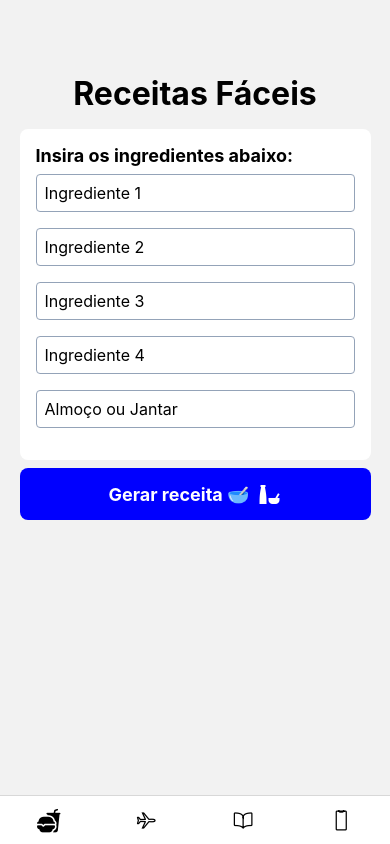
Repository: Matheus904-12/routes
Screen: / (app in roteamento/)
The author's editor kept a copy of each file at every save. The screen is drawn from the files as they stood at one save, then again after the next save.
The app was drawn by React Native's web renderer in a window 390 px wide. The project was rebuilt for these pictures with package versions that can differ from the ones it lists, and the page was loaded fresh each time. Also part of the build but not shown: roteamento/pages/viagem.js, roteamento/pages/filmes.js, roteamento/pages/roupas.js.

Above is the screen before, as saved 2024-05-01 18:09:20.

### roteamento/App.tsx
import React from 'react';
import { NavigationContainer } from '@react-navigation/native';
import { Routes } from './routes';

export default function App() {
  return (
    <NavigationContainer>
      <Routes />
    </NavigationContainer>
  );
}

### roteamento/routes.js
import { createBottomTabNavigator } from "@react-navigation/bottom-tabs";
import { Viagem } from './pages/viagem';
import { Livros } from './pages/filmes';
import { Roupas } from './pages/roupas';
import { Receita } from './pages/receita';
import { Ionicons } from '@expo/vector-icons/'

const Tab = createBottomTabNavigator();

export function Routes() {
    return (
        <Tab.Navigator>
            <Tab.Screen
                name="Receita"
                component={Receita}
                options={{
                    tabBarShowLabel: false,
                    headerShown: false,
                    tabBarIcon: ({ focused }) => {
                        if (focused) {
                            return (<Ionicons size={25} color={"#000"} name="fast-food" />)
                        }
                        return (<Ionicons size={20} color={"#000"} name="fast-food-outline" />)
                    }
                }}
            />
            <Tab.Screen
                name="Viagem"
                component={Viagem}
                options={{
                    tabBarShowLabel: false,
                    headerShown: false,
                    tabBarIcon: ({ focused }) => {
                        if (focused) {
                            return (<Ionicons size={25} color={"#000"} name="airplane" />)
                        }
                        return (<Ionicons size={20} color={"#000"} name="airplane-outline" />)
                    }
                }}
            />
            <Tab.Screen
                name="Livros"
                component={Livros}
                options={{
                    tabBarShowLabel: false,
                    headerShown: false,
                    tabBarIcon: ({ focused }) => {
                        if (focused) {
                            return (<Ionicons size={25} color={"#000"} name="book" />)
                        }
                        return (<Ionicons size={20} color={"#000"} name="book-outline" />)
                    }
                }}
            />
            <Tab.Screen
                name="Aparelhos"
                component={Roupas}
                options={{
                    tabBarShowLabel: false,
                    headerShown: false,
                    tabBarIcon: ({ focused }) => {
                        if (focused) {
                            return (<Ionicons size={25} color={"#000"} name="phone-portrait" />)
                        }
                        return (<Ionicons size={20} color={"#000"} name="phone-portrait-outline" />)
                    }
                }}
            />
        </Tab.Navigator>
    )
}

### roteamento/pages/receita.js
import React, { useState } from 'react';
import { StyleSheet, Text, View, TextInput, TouchableOpacity, Platform, StatusBar, ScrollView, ActivityIndicator, Alert, Keyboard } from 'react-native';
import { MaterialCommunityIcons } from '@expo/vector-icons';

const alturaStatusBar = StatusBar.currentHeight;
const KEY_GPT = 'SUA_CHAVE_DE_API';

export function Receita() {

    const [load, defLoad] = useState(false);
    const [receita, defReceita] = useState("");

    const [ingr1, defIngr1] = useState("");
    const [ingr2, defIngr2] = useState("");
    const [ingr3, defIngr3] = useState("");
    const [ingr4, defIngr4] = useState("");
    const [ocasiao, defOcasiao] = useState("");

    async function gerarReceita() {
        if (ingr1 === "" || ingr2 === "" || ingr3 === "" || ingr4 === "" || ocasiao === "") {
            Alert.alert("Atenção", "Informe todos os ingredientes!", [{ text: "Beleza!" }])
            return;
        }
        defReceita("");
        defLoad(true);
        Keyboard.dismiss();

        const prompt = `Sugira uma receita detalhada para o ${ocasiao} usando os ingredientes: ${ingr1}, ${ingr2}, ${ingr3} e ${ingr4} e pesquise a receita no YouTube. Caso encontre, informe o link.`;

        fetch("https://api.openai.com/v1/chat/completions", {
            method: "POST",
            headers: {
                "Content-Type": "application/json",
                Authorization: `Bearer ${KEY_GPT}`
            },
            body: JSON.stringify({
                model: "gpt-3.5-turbo",
                messages: [
                    {
                        role: 'user',
                        content: prompt
                    }
                ],
                temperature: 0.20,
                max_tokens: 500,
                top_p: 1,
            })
        })
            .then(response => response.json())
            .then((data) => {
                console.log(data.choices[0].message.content);
                defReceita(data.choices[0].message.content)
            })
            .catch((error) => {
                console.log(error);
            })
            .finally(() => {
                defLoad(false);
            })
    }

    return (
        <ScrollView>
            <View style={ESTILOS.container}>
                <StatusBar barStyle="dark-content" translucent={true} backgroundColor="#F1F1F1" />
                <Text style={ESTILOS.header}>Receitas Fáceis</Text>
                <View style={ESTILOS.form}>
                    <Text style={ESTILOS.label}>Insira os ingredientes abaixo:</Text>
                    <TextInput
                        placeholder="Ingrediente 1"
                        style={ESTILOS.input}
                        value={ingr1}
                        onChangeText={(texto) => defIngr1(texto)}
                    />
                    <TextInput
                        placeholder="Ingrediente 2"
                        style={ESTILOS.input}
                        value={ingr2}
                        onChangeText={(texto) => defIngr2(texto)}
                    />
                    <TextInput
                        placeholder="Ingrediente 3"
                        style={ESTILOS.input}
                        value={ingr3}
                        onChangeText={(texto) => defIngr3(texto)}
                    />
                    <TextInput
                        placeholder="Ingrediente 4"
                        style={ESTILOS.input}
                        value={ingr4}
                        onChangeText={(texto) => defIngr4(texto)}
                    />
                    <TextInput
                        placeholder="Almoço ou Jantar"
                        style={ESTILOS.input}
                        value={ocasiao}
                        onChangeText={(texto) => defOcasiao(texto)}
                    />
                </View>

                <TouchableOpacity style={ESTILOS.button} onPress={gerarReceita}>
                    <Text style={ESTILOS.buttonText}>Gerar receita 🥣</Text>
                    <MaterialCommunityIcons name="food-variant" size={24} color="#FFF" />
                </TouchableOpacity>

                <ScrollView contentContainerStyle={{ paddingBottom: 24, marginTop: 4, }} style={ESTILOS.containerScroll} showsVerticalScrollIndicator={false} >
                    {load && (
                        <View style={ESTILOS.content}>
                            <Text style={ESTILOS.title}>Produzindo receita...</Text>
                            <ActivityIndicator color="#000" size="large" />
                        </View>
                    )}

                    {receita && (
                        <View style={ESTILOS.content}>
                            <Text style={ESTILOS.title}>Sua receita 👇</Text>
                            <Text style={{ lineHeight: 24 }}>{receita} </Text>
                        </View>
                    )}
                </ScrollView>
            </View>
        </ScrollView>
    );
}

const ESTILOS = StyleSheet.create({
    container: {
        flex: 1,
        alignItems: 'center',
        paddingTop: 20,
    },
    header: {
        fontSize: 32,
        fontWeight: 'bold',
        paddingTop: Platform.OS === 'android' ? alturaStatusBar : 54
    },
    form: {
        backgroundColor: '#FFF',
        width: '90%',
        borderRadius: 8,
        padding: 16,
        marginTop: 16,
        marginBottom: 8,
    },
    label: {
        fontWeight: 'bold',
        fontSize: 18,
        marginBottom: 8,
    },
    input: {
        borderWidth: 1,
        borderRadius: 4,
        borderColor: '#94a3b8',
        padding: 8,
        fontSize: 16,
        marginBottom: 16,
    },
    button: {
        backgroundColor: 'blue',
        width: '90%',
        borderRadius: 8,
        flexDirection: 'row',
        padding: 14,
        justifyContent: 'center',
        alignItems: 'center',
        gap: 8,
    },
    buttonText: {
        fontSize: 18,
        color: '#FFF',
        fontWeight: 'bold'
    },
    content: {
        backgroundColor: '#FFF',
        padding: 16,
        width: '100%',
        marginTop: 16,
        borderRadius: 8,
    },
    title: {
        fontSize: 18,
        fontWeight: 'bold',
        textAlign: 'center',
        marginBottom: 14
    },
    containerScroll: {
        width: '90%',
        marginTop: 8,
    }
});

After the next save:
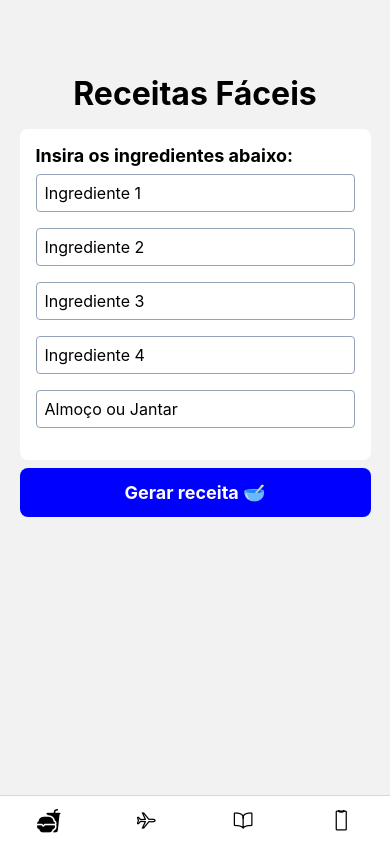
Saved 17 s later.
--- a/roteamento/pages/receita.js
+++ b/roteamento/pages/receita.js
@@ -100,7 +100,6 @@
 
                 <TouchableOpacity style={ESTILOS.button} onPress={gerarReceita}>
                     <Text style={ESTILOS.buttonText}>Gerar receita 🥣</Text>
-                    <MaterialCommunityIcons name="food-variant" size={24} color="#FFF" />
                 </TouchableOpacity>
 
                 <ScrollView contentContainerStyle={{ paddingBottom: 24, marginTop: 4, }} style={ESTILOS.containerScroll} showsVerticalScrollIndicator={false} >

After the save that followed:
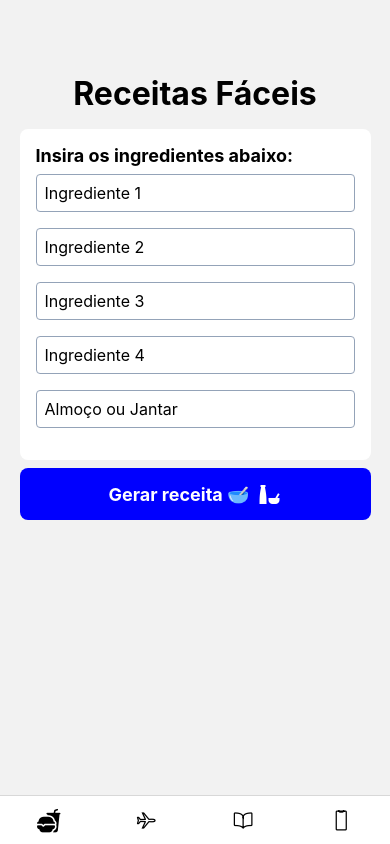
Saved 11 s later.
--- a/roteamento/pages/receita.js
+++ b/roteamento/pages/receita.js
@@ -100,6 +100,7 @@
 
                 <TouchableOpacity style={ESTILOS.button} onPress={gerarReceita}>
                     <Text style={ESTILOS.buttonText}>Gerar receita 🥣</Text>
+                    <MaterialCommunityIcons name="food-variant" size={24} color="#FFF" />
                 </TouchableOpacity>
 
                 <ScrollView contentContainerStyle={{ paddingBottom: 24, marginTop: 4, }} style={ESTILOS.containerScroll} showsVerticalScrollIndicator={false} >
